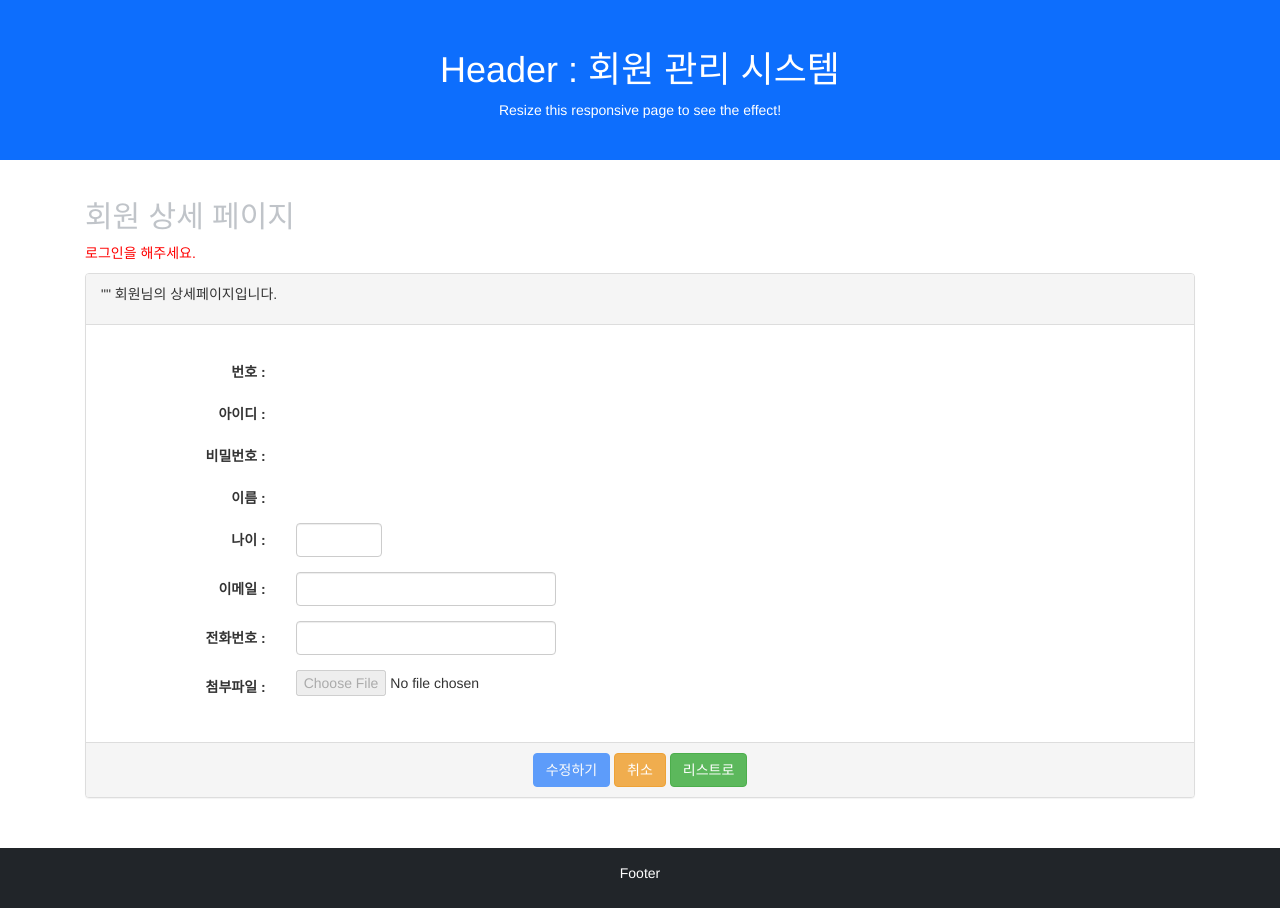
Repository: ainokks071/SpringWEB_MVC
Page: http://localhost/SpringMVC01/WEB-INF/views/memberContent.jsp
These files come from the project's save history. The page is drawn as it stood at one moment and after the next save; the edit follows.
The browser window is 1280 px wide. The pictures show the whole page.
The page is served by Tomcat 9. Nobody is signed in. The template is opened directly, without the code that normally fills it, so the values that code supplies are empty.

Above is the page before, as saved 2023-10-09 11:59:06.

After the next save:
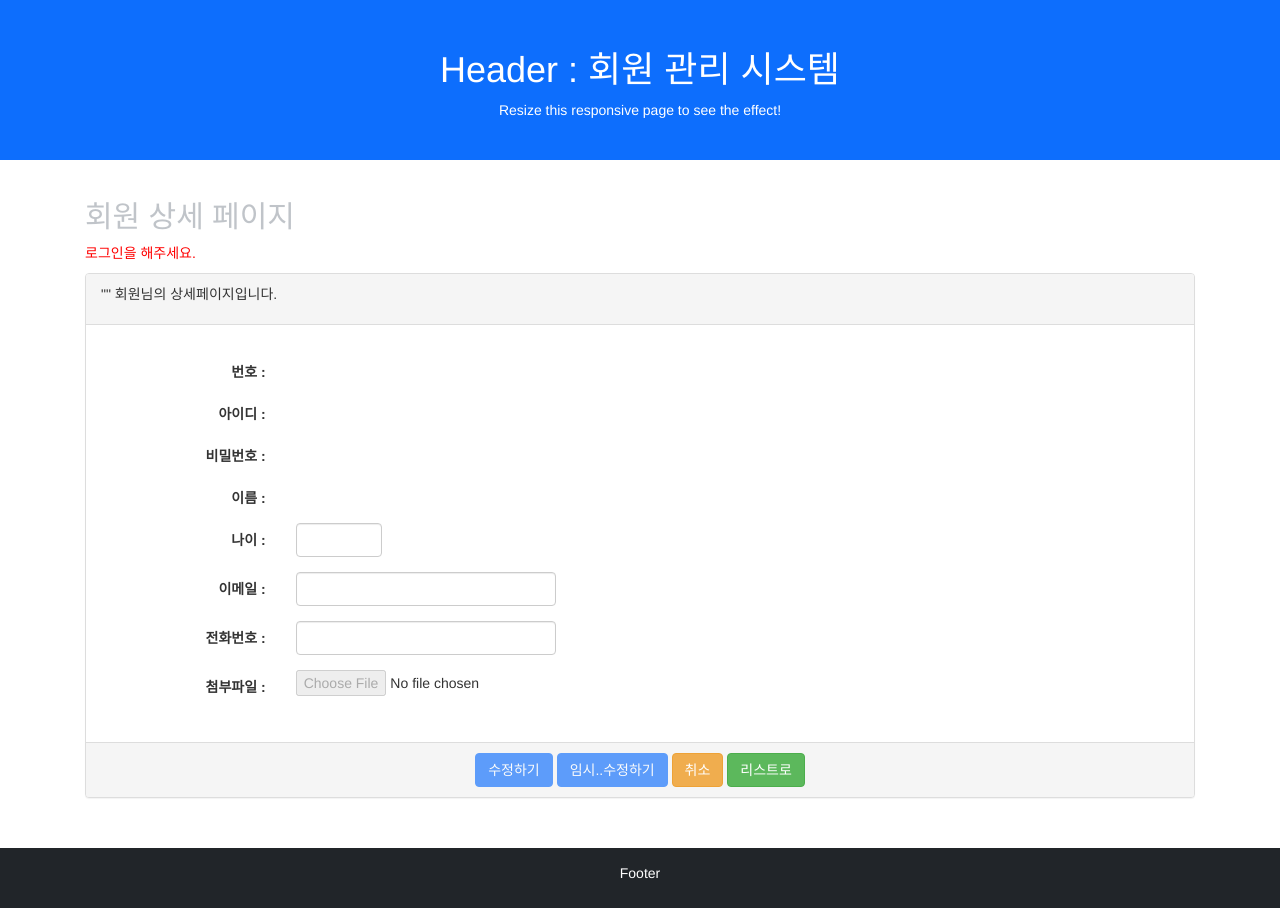
Saved 44 s later.
--- a/SpringMVC01/src/main/webapp/WEB-INF/views/memberContent.jsp
+++ b/SpringMVC01/src/main/webapp/WEB-INF/views/memberContent.jsp
@@ -248,6 +248,8 @@ JSTL의 태그 라이브러리 중 하나로 변수 지정, 제어문, 페이징
 	  <c:if test="${empty sessionScope.userId}">
 		 <input type='button' class='btn btn-primary' value='수정하기' disabled="disabled"/>
 	  </c:if>
+	  	<input type='button' class='btn btn-primary' value='임시..수정하기' disabled="disabled"/>
+
 		<input type='button' class='btn btn-warning' value='취소' onclick="frmreset()" />
 																	<!-- <a href="memberList.do"> 리스트로 </a> -->
 		<%-- <input type='button' class='btn btn-success' value='리스트로' onclick="location.href='${ctx}/memberList.do'" /> --%>
